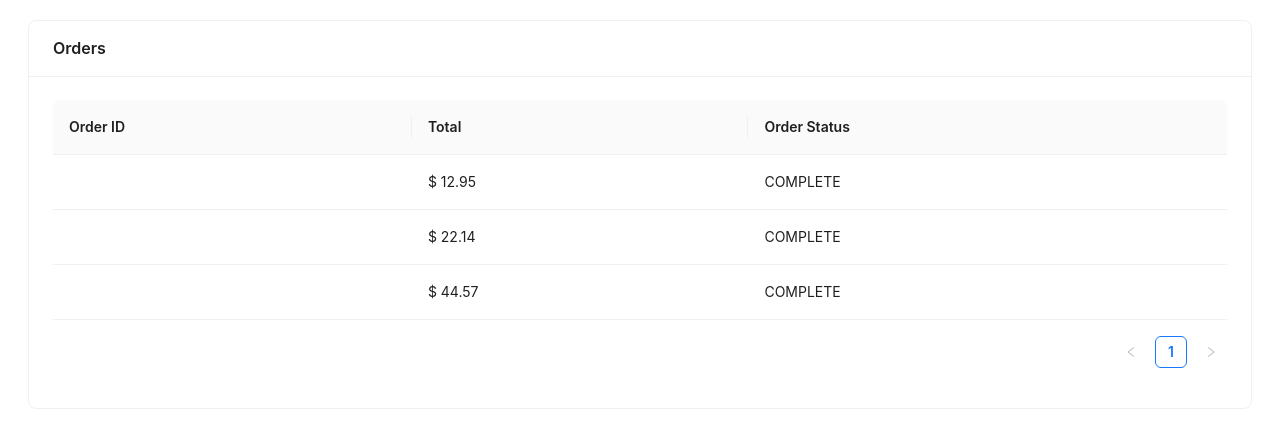
Repository: JamesPesenti/DonutShopDashboard
Page: /
These files come from the project's save history. The page is drawn as it stood at one moment and after the next save; the edit follows.
The browser window is 1280 px wide. The pictures show the whole page.
The project was rebuilt for these pictures with package versions that can differ from the ones it lists, and the page was loaded fresh each time. Also part of the build but not shown: src/index.css, src/data/donuts.js, src/screens/DetailedOrder.jsx.

Above is the page before, as saved 2023-03-22 16:14:26.

### src/App.js
import DetailedOrder from "./screens/DetailedOrder";
import Orders from "../src/screens/Orders"
import { Card, Table, Tag } from "antd"

function App() {
  return (
    <>
      <Orders />
    </>
  );
}

export default App;

### src/screens/Orders.jsx
import { Card, Table } from "antd"
import orders from "../data/orders"

const Orders = () => {

    const tableColumns = [
        {
            title: "Order ID",
            dataIndex: "orderID",
            key: "orderID"
        },
        {
            title: "Total",
            dataIndex: "total",
            key: "total",
            render: (total) => `$ ${total}`
        },
        {
            title: "Order Status",
            dataIndex: "orderStatus",
            key: "orderStatus"
        },
    ]

  return (
    <>
        <Card title={"Orders"} style={{margin: 20}}>
            <Table
                dataSource={orders}
                columns={tableColumns}
            />
        </Card>
    </>
  )
}

export default Orders

### src/data/orders.js
export default [
    {
        id: "1",
        flavorsOrdered:   {
            id: "1",
            image: "https://t3.ftcdn.net/jpg/00/70/16/96/240_F_70169698_gr2Xm6hqPIFLC2kAsjOVRATbBLVDZLn5.jpg",
            id: "2",
            image: "https://t3.ftcdn.net/jpg/00/70/16/96/240_F_70169698_gr2Xm6hqPIFLC2kAsjOVRATbBLVDZLn5.jpg",
            id: "3",
            image: "https://t3.ftcdn.net/jpg/04/90/71/94/240_F_490719448_y4LhTnor5VL2gk9DYhwIw3ZRcZQ1beeD.jpg"
        },
        total: 12.95,
        orderStatus: "COMPLETE",
        orderDate: "12/12/22",
    },
    {
        id: "2",
        flavorsOrdered: {
                image: "https://t3.ftcdn.net/jpg/00/70/16/96/240_F_70169698_gr2Xm6hqPIFLC2kAsjOVRATbBLVDZLn5.jpg",
        },
        total: 22.14,
        orderStatus: "COMPLETE",
        orderDate: "01/08/23",
    },
    {
        id: "3",
        flavorsOrdered:  {
                image: "https://t3.ftcdn.net/jpg/01/34/18/64/240_F_134186451_Uc31ZoSIFrTj2dgcYWyJiXhgkIUWkQT4.jpg"
        },
        total: 44.57,
        orderStatus: "COMPLETE",
        orderDate: "01/29/23",
    },
]

Loaded but not shown: public/index.html (common file); src/index.js (common file)

After the next save:
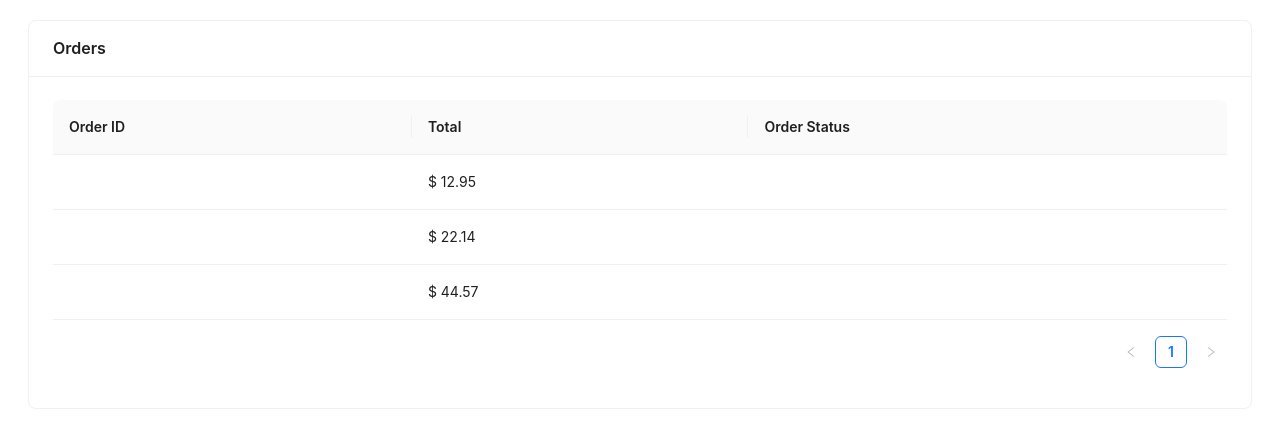
Saved 95 s later.
--- a/src/screens/Orders.jsx
+++ b/src/screens/Orders.jsx
@@ -2,6 +2,10 @@ import { Card, Table } from "antd"
 import orders from "../data/orders"
 
 const Orders = () => {
+
+    const renderOrderStatus = (orderStatus) => {
+
+    }
 
     const tableColumns = [
         {
@@ -18,7 +22,8 @@ const Orders = () => {
         {
             title: "Order Status",
             dataIndex: "orderStatus",
-            key: "orderStatus"
+            key: "orderStatus",
+            render: renderOrderStatus
         },
     ]
 
